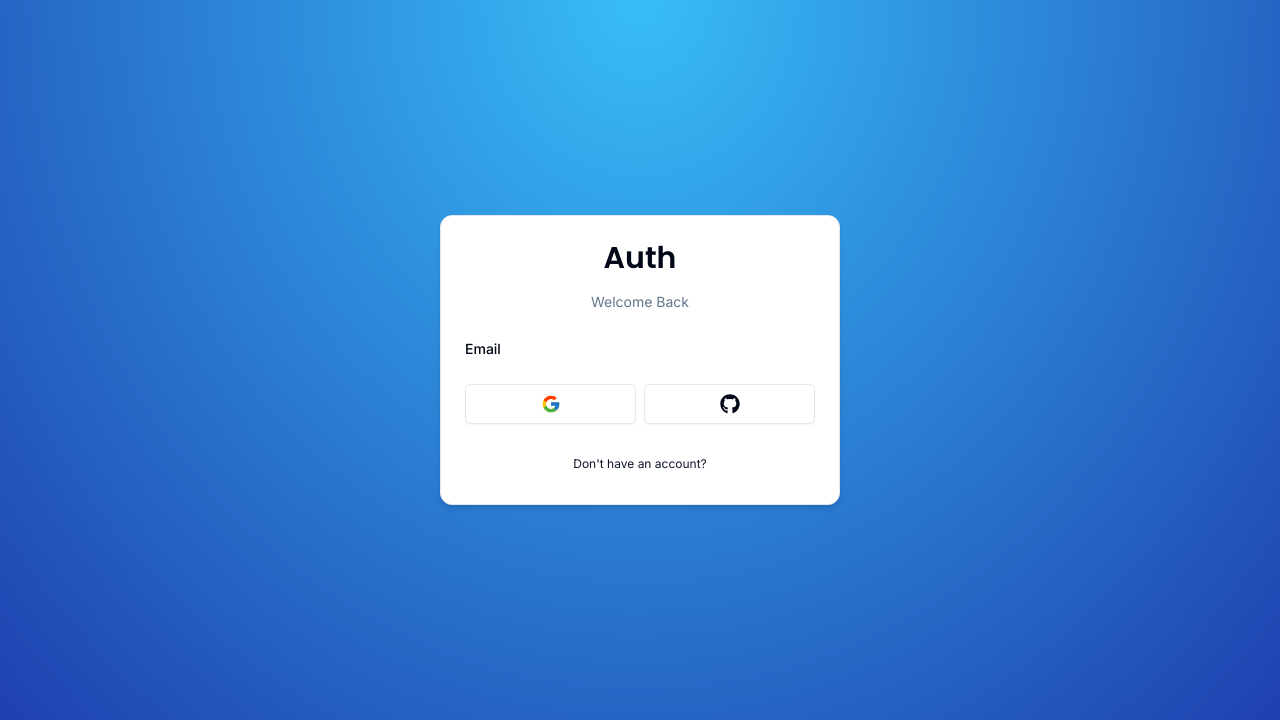
Repository: DevLaukey/next-auth-role-based
Page: /auth/login
The author's editor kept a copy of each file at every save. The page is drawn from the files as they stood at one save, then again after the next save.
The browser window is 1280 px wide. The pictures show the whole page.
The project was rebuilt for these pictures with package versions that can differ from the ones it lists, and the page was loaded fresh each time. The framework's server and built-in components were replaced by stand-ins that run in the browser. Also part of the build but not shown: next.config.js.

Above is the page before, as saved 2024-01-16 02:39:17.

### app/auth/layout.tsx
import React from "react";

function AuthLayout({ children }: { children: React.ReactNode }) {
  return (
    <div className="h-full flex items-center justify-center  bg-[radial-gradient(ellipse_at_top,_var(--tw-gradient-stops))] from-sky-400 to-blue-800">
      {children}
    </div>
  );
}

export default AuthLayout;

### app/auth/login/page.tsx
import { LoginForm } from "@/components/auth/login-form"

function LoginPage() {
  return (
   <LoginForm/>
  )
}

export default LoginPage

### components/auth/login-form.tsx
"use client"
import * as z from "zod"

import { CardWrapper } from "./card-wrapper";
import { useForm } from "react-hook-form"
import { zodResolver } from "@hookform/resolvers/zod";
import { LoginSchema } from "@/schemas";
import { Form, FormControl, FormField, FormItem, FormLabel, FormMessage } from "@/components/ui/form"

export const LoginForm = () => {
  const form = useForm<z.infer<typeof LoginSchema>>({
    resolver: zodResolver(LoginSchema),
    defaultValues: {
      email: "",
      password: "",
    }
  });


  return (
    <CardWrapper
      headerLabel="Welcome Back"
      backButtonLabel="Don't have an account?"
      backButtonHref="/auth/register"
      showSocial
    >
      <Form {...form}>
        <form
          onSubmit={form.handleSubmit((data) => console.log(data))}
          className="space-y-6"
        >
          <div className="space-y-4">
            <FormField
              control={form.control}
              name="email"
              render={({ field }) => (
                <FormItem>
                  <FormLabel>Email</FormLabel>
                  <FormControl {...field} />
                  <FormMessage {...field} />
                </FormItem>
              )}
            ></FormField>
          </div>
        </form>
      </Form>
    </CardWrapper>
  );
};

### components/auth/card-wrapper.tsx
"use client";

import { Card, CardContent, CardFooter, CardHeader } from "../ui/card";
import { BackButton } from "./back-button";
import { Header } from "./header";
import { Socials } from "./socials";

interface CardWrapperProps {
  children: React.ReactNode;
  headerLabel: string;
  backButtonLabel: string;
  backButtonHref: string;
  showSocial: boolean;
}

export const CardWrapper = ({
  children,
  headerLabel,
  backButtonLabel,
  backButtonHref,
  showSocial,
}: CardWrapperProps) => {
  return (
    <Card className="w-[400px] shadow-md">
      <CardHeader>
        <Header label={headerLabel} />
      </CardHeader>
          <CardContent>{children}</CardContent>
          {
              showSocial && (<CardFooter>
                  <Socials />
              </CardFooter>)
          }
          <CardFooter>
              <BackButton label={backButtonLabel}
                  href={ backButtonHref} />

          </CardFooter>
    </Card>
  );
};

### schemas/index.ts
import * as z from "zod"

export const LoginSchema = z.object({
    email: z.string().email(),
    password: z.string()
});

### components/ui/form.tsx
import * as React from "react"
import * as LabelPrimitive from "@radix-ui/react-label"
import { Slot } from "@radix-ui/react-slot"
import {
  Controller,
  ControllerProps,
  FieldPath,
  FieldValues,
  FormProvider,
  useFormContext,
} from "react-hook-form"

import { cn } from "@/lib/utils"
import { Label } from "@/components/ui/label"

const Form = FormProvider

type FormFieldContextValue<
  TFieldValues extends FieldValues = FieldValues,
  TName extends FieldPath<TFieldValues> = FieldPath<TFieldValues>
> = {
  name: TName
}

const FormFieldContext = React.createContext<FormFieldContextValue>(
  {} as FormFieldContextValue
)

const FormField = <
  TFieldValues extends FieldValues = FieldValues,
  TName extends FieldPath<TFieldValues> = FieldPath<TFieldValues>
>({
  ...props
}: ControllerProps<TFieldValues, TName>) => {
  return (
    <FormFieldContext.Provider value={{ name: props.name }}>
      <Controller {...props} />
    </FormFieldContext.Provider>
  )
}

const useFormField = () => {
  const fieldContext = React.useContext(FormFieldContext)
  const itemContext = React.useContext(FormItemContext)
  const { getFieldState, formState } = useFormContext()

  const fieldState = getFieldState(fieldContext.name, formState)

  if (!fieldContext) {
    throw new Error("useFormField should be used within <FormField>")
  }

  const { id } = itemContext

  return {
    id,
    name: fieldContext.name,
    formItemId: `${id}-form-item`,
    formDescriptionId: `${id}-form-item-description`,
    formMessageId: `${id}-form-item-message`,
    ...fieldState,
  }
}

type FormItemContextValue = {
  id: string
}

const FormItemContext = React.createContext<FormItemContextValue>(
  {} as FormItemContextValue
)

const FormItem = React.forwardRef<
  HTMLDivElement,
  React.HTMLAttributes<HTMLDivElement>
>(({ className, ...props }, ref) => {
  const id = React.useId()

  return (
    <FormItemContext.Provider value={{ id }}>
      <div ref={ref} className={cn("space-y-2", className)} {...props} />
    </FormItemContext.Provider>
  )
})
FormItem.displayName = "FormItem"

const FormLabel = React.forwardRef<
  React.ElementRef<typeof LabelPrimitive.Root>,
  React.ComponentPropsWithoutRef<typeof LabelPrimitive.Root>
>(({ className, ...props }, ref) => {
  const { error, formItemId } = useFormField()

  return (
    <Label
      ref={ref}
      className={cn(error && "text-destructive", className)}
      htmlFor={formItemId}
      {...props}
    />
  )
})
FormLabel.displayName = "FormLabel"

const FormControl = React.forwardRef<
  React.ElementRef<typeof Slot>,
  React.ComponentPropsWithoutRef<typeof Slot>
>(({ ...props }, ref) => {
  const { error, formItemId, formDescriptionId, formMessageId } = useFormField()

  return (
    <Slot
      ref={ref}
      id={formItemId}
      aria-describedby={
        !error
          ? `${formDescriptionId}`
          : `${formDescriptionId} ${formMessageId}`
      }
      aria-invalid={!!error}
      {...props}
    />
  )
})
FormControl.displayName = "FormControl"

const FormDescription = React.forwardRef<
  HTMLParagraphElement,
  React.HTMLAttributes<HTMLParagraphElement>
>(({ className, ...props }, ref) => {
  const { formDescriptionId } = useFormField()

  return (
    <p
      ref={ref}
      id={formDescriptionId}
      className={cn("text-[0.8rem] text-muted-foreground", className)}
      {...props}
    />
  )
})
FormDescription.displayName = "FormDescription"

const FormMessage = React.forwardRef<
  HTMLParagraphElement,
  React.HTMLAttributes<HTMLParagraphElement>
>(({ className, children, ...props }, ref) => {
  const { error, formMessageId } = useFormField()
  const body = error ? String(error?.message) : children

  if (!body) {
    return null
  }

  return (
    <p
      ref={ref}
      id={formMessageId}
      className={cn("text-[0.8rem] font-medium text-destructive", className)}
      {...props}
    >
      {body}
    </p>
  )
})
FormMessage.displayName = "FormMessage"

export {
  useFormField,
  Form,
  FormItem,
  FormLabel,
  FormControl,
  FormDescription,
  FormMessage,
  FormField,
}

### components/ui/card.tsx
import * as React from "react"

import { cn } from "@/lib/utils"

const Card = React.forwardRef<
  HTMLDivElement,
  React.HTMLAttributes<HTMLDivElement>
>(({ className, ...props }, ref) => (
  <div
    ref={ref}
    className={cn(
      "rounded-xl border bg-card text-card-foreground shadow",
      className
    )}
    {...props}
  />
))
Card.displayName = "Card"

const CardHeader = React.forwardRef<
  HTMLDivElement,
  React.HTMLAttributes<HTMLDivElement>
>(({ className, ...props }, ref) => (
  <div
    ref={ref}
    className={cn("flex flex-col space-y-1.5 p-6", className)}
    {...props}
  />
))
CardHeader.displayName = "CardHeader"

const CardTitle = React.forwardRef<
  HTMLParagraphElement,
  React.HTMLAttributes<HTMLHeadingElement>
>(({ className, ...props }, ref) => (
  <h3
    ref={ref}
    className={cn("font-semibold leading-none tracking-tight", className)}
    {...props}
  />
))
CardTitle.displayName = "CardTitle"

const CardDescription = React.forwardRef<
  HTMLParagraphElement,
  React.HTMLAttributes<HTMLParagraphElement>
>(({ className, ...props }, ref) => (
  <p
    ref={ref}
    className={cn("text-sm text-muted-foreground", className)}
    {...props}
  />
))
CardDescription.displayName = "CardDescription"

const CardContent = React.forwardRef<
  HTMLDivElement,
  React.HTMLAttributes<HTMLDivElement>
>(({ className, ...props }, ref) => (
  <div ref={ref} className={cn("p-6 pt-0", className)} {...props} />
))
CardContent.displayName = "CardContent"

const CardFooter = React.forwardRef<
  HTMLDivElement,
  React.HTMLAttributes<HTMLDivElement>
>(({ className, ...props }, ref) => (
  <div
    ref={ref}
    className={cn("flex items-center p-6 pt-0", className)}
    {...props}
  />
))
CardFooter.displayName = "CardFooter"

export { Card, CardHeader, CardFooter, CardTitle, CardDescription, CardContent }

### components/auth/back-button.tsx
"use client";

import Link from "next/link";
import { Button } from "../ui/button";

interface BackButtonProps {
  label: string;
  href: string;
}
export const BackButton = ({ href, label }: BackButtonProps) => {
  return (
    <Button className="w-full font-normal" variant="link" size="sm" asChild>
      <Link href={href}>{label}</Link>
    </Button>
  );
};

### components/auth/header.tsx
import { Poppins } from "next/font/google";
import { cn } from "@/lib/utils";

const font = Poppins({
  subsets: ["latin"],
  weight: ["600"],
});

interface HeaderProps {
  label: string;
}

export const Header = ({ label }: HeaderProps) => {
  return (
    <div className="w-full flex flex-col gap-y-4 items-center justify-center">
      <h1 className={cn("text-3xl font-semibold", font.className)}>Auth</h1>
      <p className="text-muted-foreground text-sm">{label}</p>
    </div>
  );
};

### components/auth/socials.tsx
"use client";

import { FcGoogle } from "react-icons/fc";
import {FaGithub } from "react-icons/fa";
import { Button } from "../ui/button";

export const Socials = () => {
  return (
    <div className="flex items-center w-full gap-x-2">
      <Button className="w-full" variant="outline" size="lg">
        <FcGoogle className=" h-5 w-5" />
      </Button>
      <Button className="w-full" variant="outline" size="lg">
        <FaGithub className=" h-5 w-5" />
      </Button>
    </div>
  );
};

### components/ui/label.tsx
"use client"

import * as React from "react"
import * as LabelPrimitive from "@radix-ui/react-label"
import { cva, type VariantProps } from "class-variance-authority"

import { cn } from "@/lib/utils"

const labelVariants = cva(
  "text-sm font-medium leading-none peer-disabled:cursor-not-allowed peer-disabled:opacity-70"
)

const Label = React.forwardRef<
  React.ElementRef<typeof LabelPrimitive.Root>,
  React.ComponentPropsWithoutRef<typeof LabelPrimitive.Root> &
    VariantProps<typeof labelVariants>
>(({ className, ...props }, ref) => (
  <LabelPrimitive.Root
    ref={ref}
    className={cn(labelVariants(), className)}
    {...props}
  />
))
Label.displayName = LabelPrimitive.Root.displayName

export { Label }

### components/ui/button.tsx
import * as React from "react"
import { Slot } from "@radix-ui/react-slot"
import { cva, type VariantProps } from "class-variance-authority"

import { cn } from "@/lib/utils"

const buttonVariants = cva(
  "inline-flex items-center justify-center whitespace-nowrap rounded-md text-sm font-medium transition-colors focus-visible:outline-none focus-visible:ring-1 focus-visible:ring-ring disabled:pointer-events-none disabled:opacity-50",
  {
    variants: {
      variant: {
        default:
          "bg-primary text-primary-foreground shadow hover:bg-primary/90",
        destructive:
          "bg-destructive text-destructive-foreground shadow-sm hover:bg-destructive/90",
        outline:
          "border border-input bg-background shadow-sm hover:bg-accent hover:text-accent-foreground",
        secondary:
          "bg-secondary text-secondary-foreground shadow-sm hover:bg-secondary/80",
        ghost: "hover:bg-accent hover:text-accent-foreground",
        link: "text-primary underline-offset-4 hover:underline",
      },
      size: {
        default: "h-9 px-4 py-2",
        sm: "h-8 rounded-md px-3 text-xs",
        lg: "h-10 rounded-md px-8",
        icon: "h-9 w-9",
      },
    },
    defaultVariants: {
      variant: "default",
      size: "default",
    },
  }
)

export interface ButtonProps
  extends React.ButtonHTMLAttributes<HTMLButtonElement>,
    VariantProps<typeof buttonVariants> {
  asChild?: boolean
}

const Button = React.forwardRef<HTMLButtonElement, ButtonProps>(
  ({ className, variant, size, asChild = false, ...props }, ref) => {
    const Comp = asChild ? Slot : "button"
    return (
      <Comp
        className={cn(buttonVariants({ variant, size, className }))}
        ref={ref}
        {...props}
      />
    )
  }
)
Button.displayName = "Button"

export { Button, buttonVariants }

### components/ui/input.tsx
import * as React from "react"

import { cn } from "@/lib/utils"

export interface InputProps
  extends React.InputHTMLAttributes<HTMLInputElement> {}

const Input = React.forwardRef<HTMLInputElement, InputProps>(
  ({ className, type, ...props }, ref) => {
    return (
      <input
        type={type}
        className={cn(
          "flex h-9 w-full rounded-md border border-input bg-transparent px-3 py-1 text-sm shadow-sm transition-colors file:border-0 file:bg-transparent file:text-sm file:font-medium placeholder:text-muted-foreground focus-visible:outline-none focus-visible:ring-1 focus-visible:ring-ring disabled:cursor-not-allowed disabled:opacity-50",
          className
        )}
        ref={ref}
        {...props}
      />
    )
  }
)
Input.displayName = "Input"

export { Input }

Loaded but not shown: app/layout.tsx (common file); app/globals.css (common file); lib/utils.ts (common file); tailwind.config.ts (common file)

After the next save:
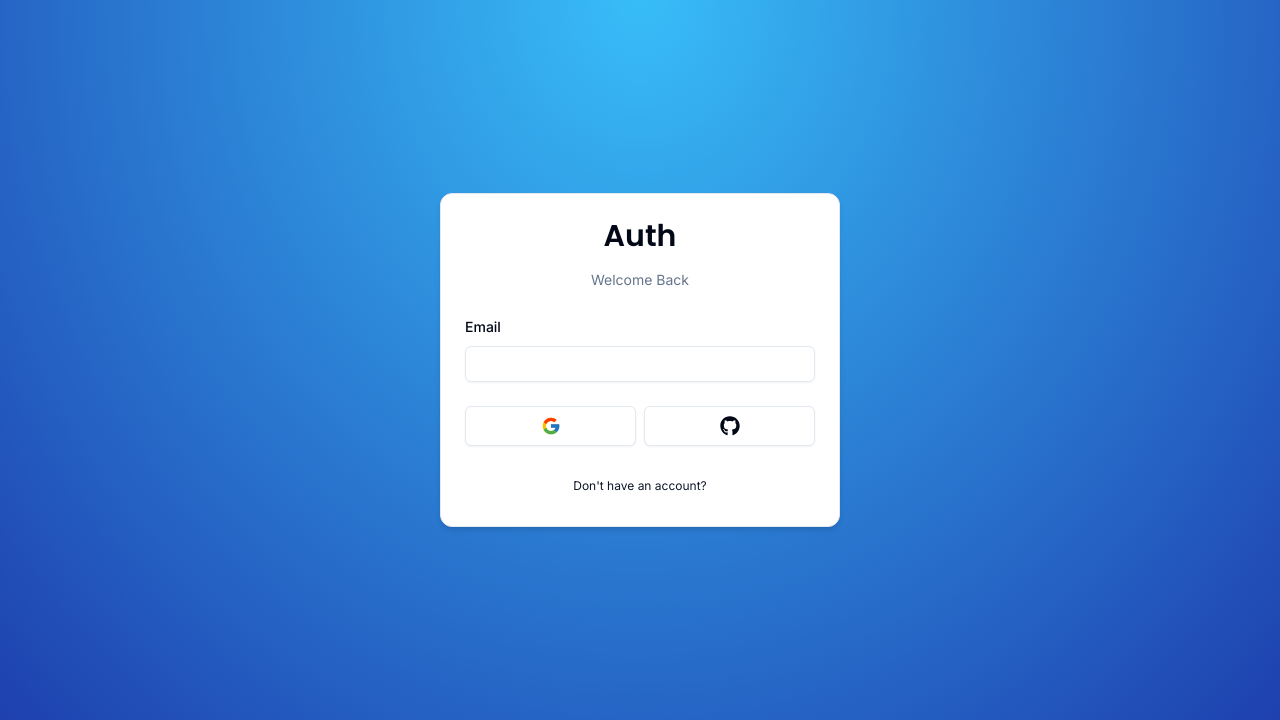
Saved 46 s later.
--- a/components/auth/login-form.tsx
+++ b/components/auth/login-form.tsx
@@ -6,6 +6,7 @@ import { useForm } from "react-hook-form"
 import { zodResolver } from "@hookform/resolvers/zod";
 import { LoginSchema } from "@/schemas";
 import { Form, FormControl, FormField, FormItem, FormLabel, FormMessage } from "@/components/ui/form"
+import { Input } from "../ui/input";
 
 export const LoginForm = () => {
   const form = useForm<z.infer<typeof LoginSchema>>({
@@ -36,8 +37,8 @@ export const LoginForm = () => {
               render={({ field }) => (
                 <FormItem>
                   <FormLabel>Email</FormLabel>
-                  <FormControl {...field} />
-                  <FormMessage {...field} />
+                  <FormControl />
+                  <Input {...field} />
                 </FormItem>
               )}
             ></FormField>
